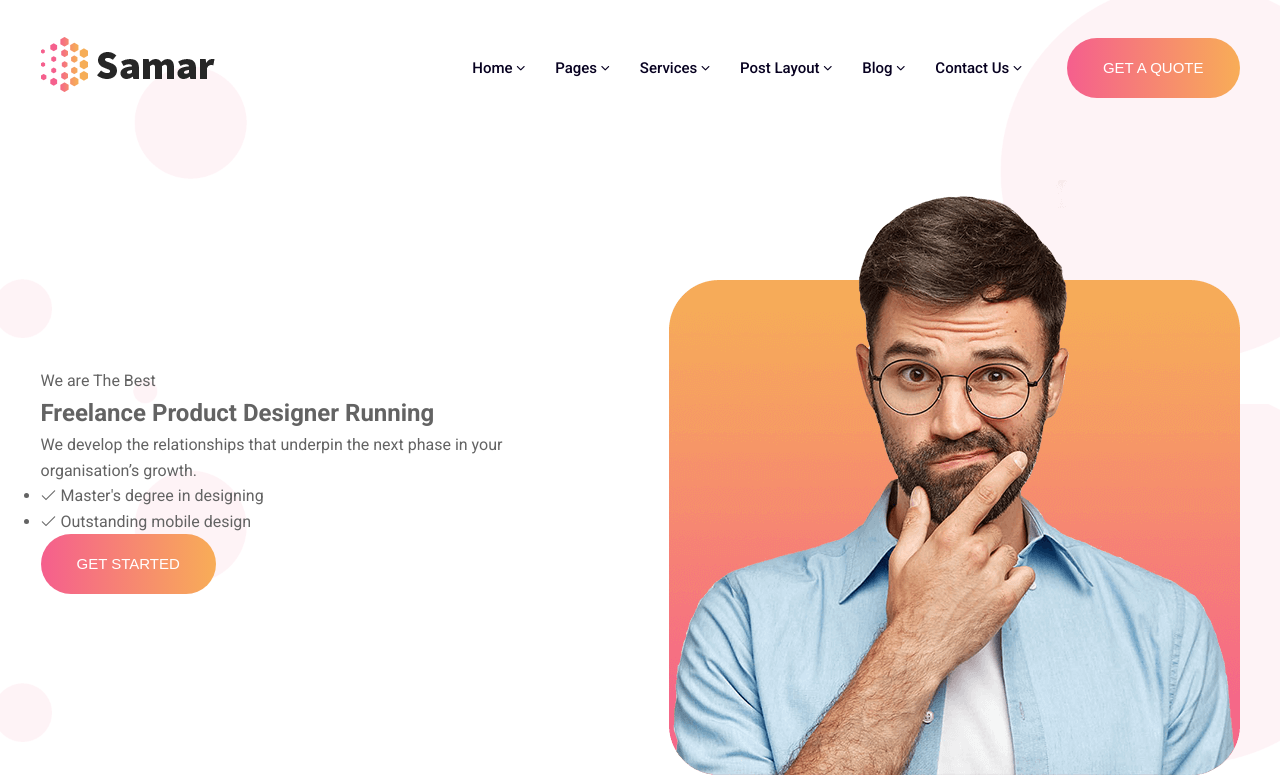
Repository: ducdatit2002/samar
Page: index.html
The author's editor kept a copy of each file at every save. The page is drawn from the files as they stood at one save, then again after the next save.
The browser window is 1280 px wide. The pictures show the whole page.

Above is the page before, as saved 2023-07-26 23:32:09.

After the next save:
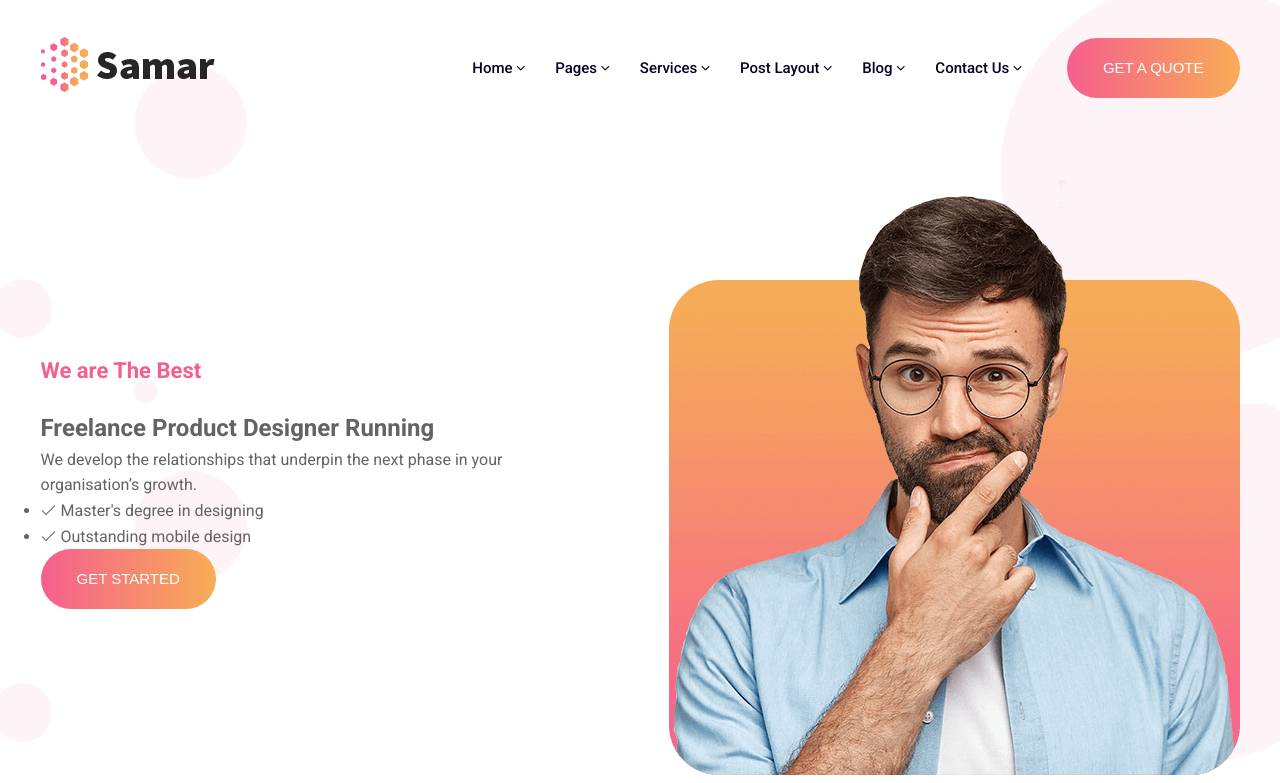
Saved 10 s later.
--- a/index.css
+++ b/index.css
@@ -105,7 +105,12 @@
 .saCarousel__left {
     width: 60%;
 }
-
+.title p {
+    font-weight: 600;
+    font-size: 22px;
+    margin-bottom: 20px;
+    color: #f55f8d;
+}
 /*Animation */
 @keyframes upToDown {
   49% {
